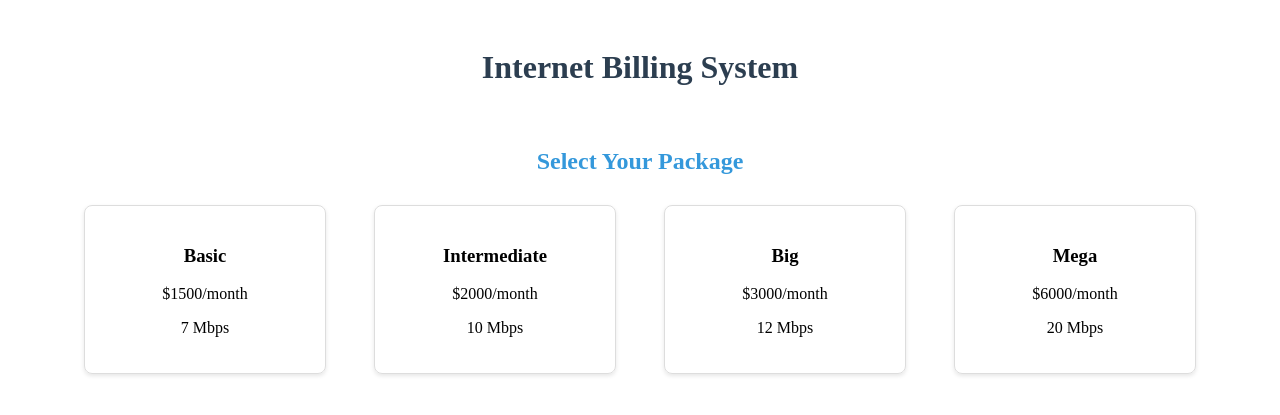
Repository: rachel648/system_Bill
Page: /packages (app in client/)
These files come from the project's save history. The page is drawn as it stood at one moment and after the next save; the edit follows.
The browser window is 1280 px wide. The pictures show the whole page.
The project was rebuilt for these pictures with package versions that can differ from the ones it lists, and the page was loaded fresh each time. Also part of the build but not shown: client/src/components/ServiceForm.js.

Above is the page before, as saved 2025-05-11 16:31:45.

After the next save:
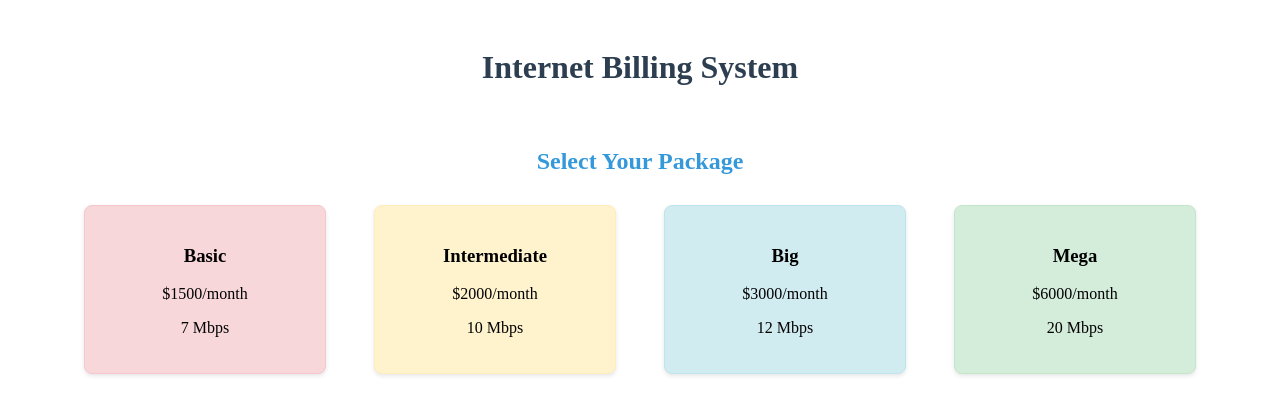
Saved 2 min 54 s later.
--- a/client/src/Packages.js
+++ b/client/src/Packages.js
@@ -7,22 +7,22 @@
       <h2 style={styles.heading}>Select Your Package</h2>
 
       <div style={styles.cardContainer}>
-        <div style={styles.card}>
+        <div style={{...styles.card, ...styles.basicCard}}>
           <h3>Basic</h3>
           <p>$1500/month</p>
           <p>7 Mbps</p>
         </div>
-        <div style={styles.card}>
+        <div style={{...styles.card, ...styles.intermediateCard}}>
           <h3>Intermediate</h3>
           <p>$2000/month</p>
           <p>10 Mbps</p>
         </div>
-        <div style={styles.card}>
+        <div style={{...styles.card, ...styles.bigCard}}>
           <h3>Big</h3>
           <p>$3000/month</p>
           <p>12 Mbps</p>
         </div>
-        <div style={styles.card}>
+        <div style={{...styles.card, ...styles.megaCard}}>
           <h3>Mega</h3>
           <p>$6000/month</p>
           <p>20 Mbps</p>
@@ -53,7 +53,45 @@
     borderRadius: '8px',
     margin: '10px',
     boxShadow: '0 2px 4px rgba(0,0,0,0.1)',
-    textAlign: 'center'
+    textAlign: 'center',
+    transition: 'transform 0.3s ease, box-shadow 0.3s ease',
+    cursor: 'pointer',
+    '&:hover': {
+      transform: 'scale(1.05)',
+      boxShadow: '0 5px 15px rgba(0,0,0,0.2)'
+    }
+  },
+  basicCard: {
+    backgroundColor: '#f8d7da',
+    borderColor: '#f5c6cb',
+    '&:hover': {
+      transform: 'scale(1.05)',
+      boxShadow: '0 5px 15px rgba(0,0,0,0.2)'
+    }
+  },
+  intermediateCard: {
+    backgroundColor: '#fff3cd',
+    borderColor: '#ffeeba',
+    '&:hover': {
+      transform: 'scale(1.05)',
+      boxShadow: '0 5px 15px rgba(0,0,0,0.2)'
+    }
+  },
+  bigCard: {
+    backgroundColor: '#d1ecf1',
+    borderColor: '#bee5eb',
+    '&:hover': {
+      transform: 'scale(1.05)',
+      boxShadow: '0 5px 15px rgba(0,0,0,0.2)'
+    }
+  },
+  megaCard: {
+    backgroundColor: '#d4edda',
+    borderColor: '#c3e6cb',
+    '&:hover': {
+      transform: 'scale(1.05)',
+      boxShadow: '0 5px 15px rgba(0,0,0,0.2)'
+    }
   }
 };
 

After the 2 saves that followed:
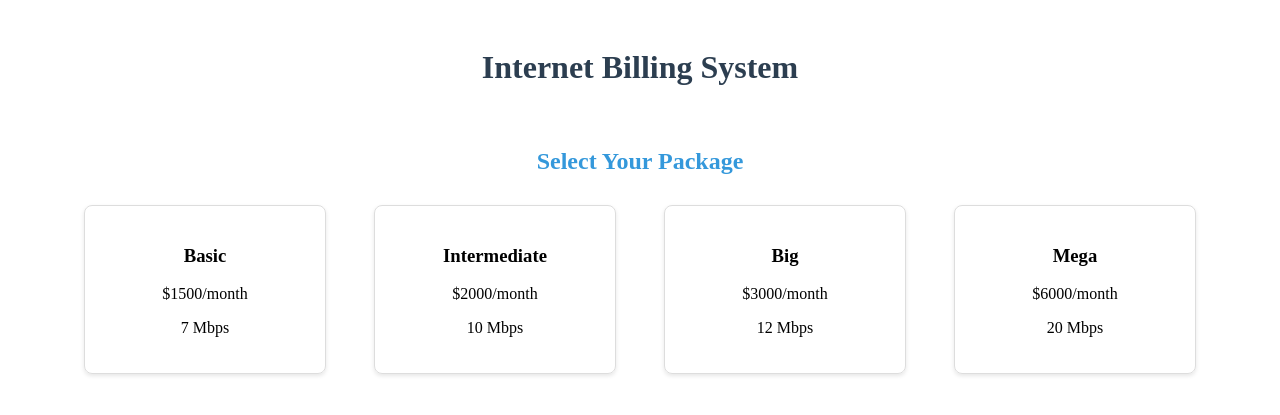
The 2 saves are shown as one change because 1 did not build or start.
The last was saved 117 s later.
--- a/client/src/Packages.js
+++ b/client/src/Packages.js
@@ -7,22 +7,22 @@
       <h2 style={styles.heading}>Select Your Package</h2>
 
       <div style={styles.cardContainer}>
-        <div style={{...styles.card, ...styles.basicCard}}>
+        <div style={styles.card}>
           <h3>Basic</h3>
           <p>$1500/month</p>
           <p>7 Mbps</p>
         </div>
-        <div style={{...styles.card, ...styles.intermediateCard}}>
+        <div style={styles.card}>
           <h3>Intermediate</h3>
           <p>$2000/month</p>
           <p>10 Mbps</p>
         </div>
-        <div style={{...styles.card, ...styles.bigCard}}>
+        <div style={styles.card}>
           <h3>Big</h3>
           <p>$3000/month</p>
           <p>12 Mbps</p>
         </div>
-        <div style={{...styles.card, ...styles.megaCard}}>
+        <div style={styles.card}>
           <h3>Mega</h3>
           <p>$6000/month</p>
           <p>20 Mbps</p>
@@ -53,45 +53,7 @@
     borderRadius: '8px',
     margin: '10px',
     boxShadow: '0 2px 4px rgba(0,0,0,0.1)',
-    textAlign: 'center',
-    transition: 'transform 0.3s ease, box-shadow 0.3s ease',
-    cursor: 'pointer',
-    '&:hover': {
-      transform: 'scale(1.05)',
-      boxShadow: '0 5px 15px rgba(0,0,0,0.2)'
-    }
-  },
-  basicCard: {
-    backgroundColor: '#f8d7da',
-    borderColor: '#f5c6cb',
-    '&:hover': {
-      transform: 'scale(1.05)',
-      boxShadow: '0 5px 15px rgba(0,0,0,0.2)'
-    }
-  },
-  intermediateCard: {
-    backgroundColor: '#fff3cd',
-    borderColor: '#ffeeba',
-    '&:hover': {
-      transform: 'scale(1.05)',
-      boxShadow: '0 5px 15px rgba(0,0,0,0.2)'
-    }
-  },
-  bigCard: {
-    backgroundColor: '#d1ecf1',
-    borderColor: '#bee5eb',
-    '&:hover': {
-      transform: 'scale(1.05)',
-      boxShadow: '0 5px 15px rgba(0,0,0,0.2)'
-    }
-  },
-  megaCard: {
-    backgroundColor: '#d4edda',
-    borderColor: '#c3e6cb',
-    '&:hover': {
-      transform: 'scale(1.05)',
-      boxShadow: '0 5px 15px rgba(0,0,0,0.2)'
-    }
+    textAlign: 'center'
   }
 };
 
